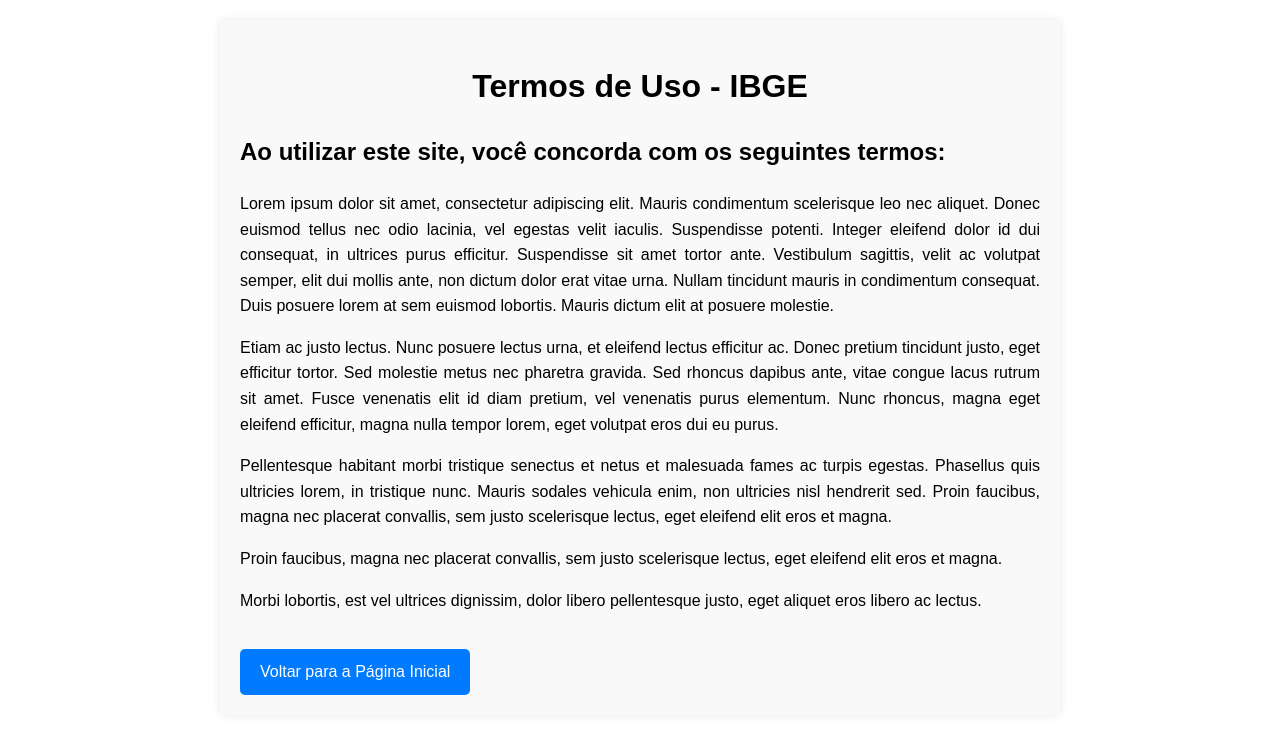
Repository: Gabrielb0rn/Projeto-Formul-rio.io
Page: TDU.html
The author's editor kept a copy of each file at every save. The page is drawn from the files as they stood at one save, then again after a run of saves.
The browser window is 1280 px wide. The pictures show the whole page.

Above is the page before, as saved 2024-07-07 11:51:48.

After the next 2 saves:
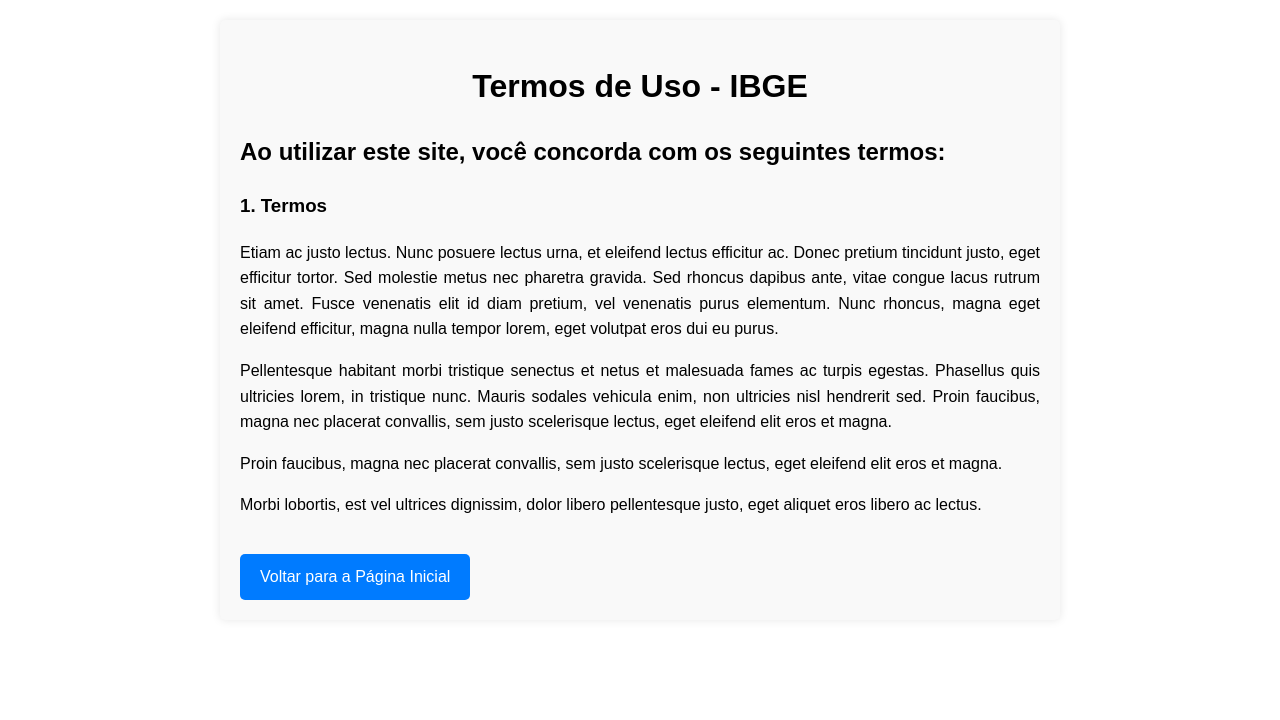
The 2 saves are shown as one change because they came seconds apart.
The last was saved 9 s later.
--- a/TDU.html
+++ b/TDU.html
@@ -46,7 +46,7 @@
 
         <h2>Ao utilizar este site, você concorda com os seguintes termos:</h2>
 
-        <p>Lorem ipsum dolor sit amet, consectetur adipiscing elit. Mauris condimentum scelerisque leo nec aliquet. Donec euismod tellus nec odio lacinia, vel egestas velit iaculis. Suspendisse potenti. Integer eleifend dolor id dui consequat, in ultrices purus efficitur. Suspendisse sit amet tortor ante. Vestibulum sagittis, velit ac volutpat semper, elit dui mollis ante, non dictum dolor erat vitae urna. Nullam tincidunt mauris in condimentum consequat. Duis posuere lorem at sem euismod lobortis. Mauris dictum elit at posuere molestie.</p>
+        <h3>1. Termos</h3>
 
         <p>Etiam ac justo lectus. Nunc posuere lectus urna, et eleifend lectus efficitur ac. Donec pretium tincidunt justo, eget efficitur tortor. Sed molestie metus nec pharetra gravida. Sed rhoncus dapibus ante, vitae congue lacus rutrum sit amet. Fusce venenatis elit id diam pretium, vel venenatis purus elementum. Nunc rhoncus, magna eget eleifend efficitur, magna nulla tempor lorem, eget volutpat eros dui eu purus.</p>
 
